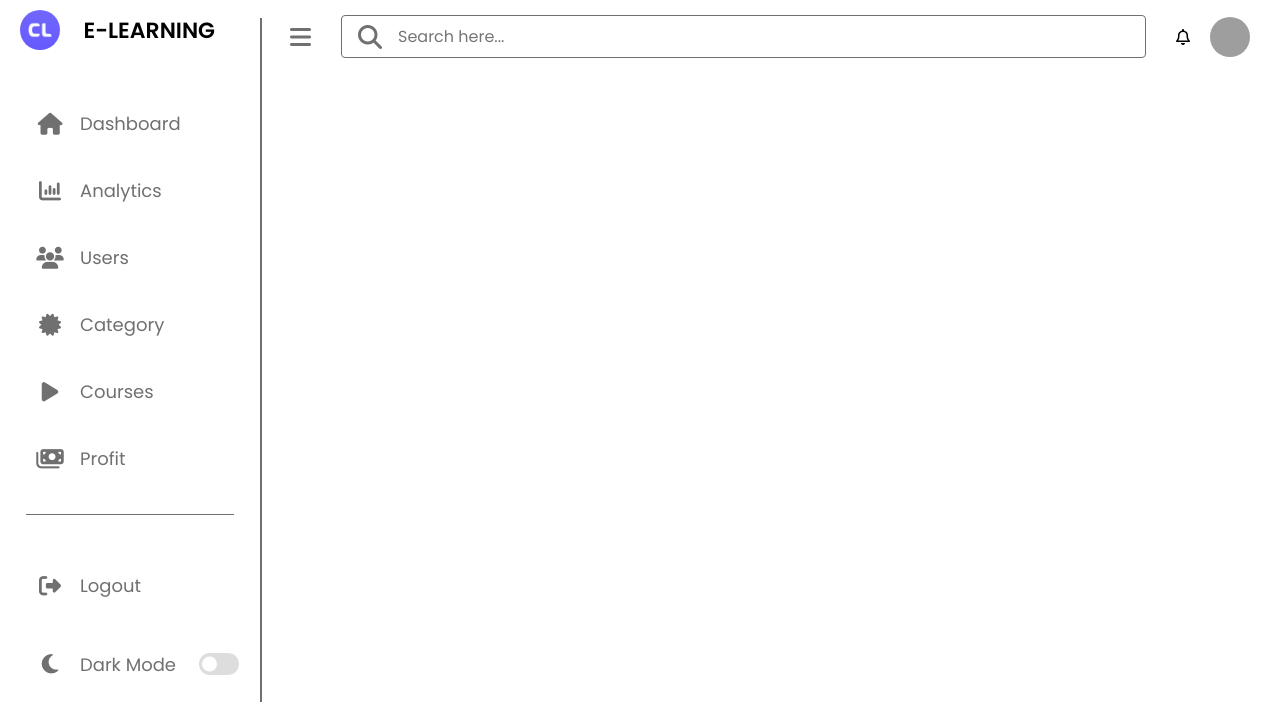
Repository: phamngocthang/practice-html-css
Page: Admin/dist/index.html
An editor plug-in stored every save of this project. The page is shown before and after the next save, followed by the edit.
The browser window is 1280 px wide. The pictures show the whole page.
Pictures or frames that could not be fetched are drawn as grey boxes. The style sheet was rebuilt from its Sass, Less or Tailwind sources for each picture, by a compiler version that may differ from the author's.

Above is the page before, as saved 2023-10-24 23:14:32.

### Admin/dist/index.html
<!DOCTYPE html>
<html lang="en">
<head>
    <meta charset="UTF-8">
    <meta name="viewport" content="width=device-width, initial-scale=1.0">
    <title>Document</title>
    <link rel="stylesheet" href="style/main.css">
    <link rel="stylesheet" href="https://cdnjs.cloudflare.com/ajax/libs/font-awesome/6.4.2/css/all.min.css" integrity="sha512-z3gLpd7yknf1YoNbCzqRKc4qyor8gaKU1qmn+CShxbuBusANI9QpRohGBreCFkKxLhei6S9CQXFEbbKuqLg0DA==" crossorigin="anonymous" referrerpolicy="no-referrer" />
</head>
<body>
    <nav>
        <div class="logo">
            <div class="logo__image">
                <img src="/Images/logo.png" alt="">
            </div>

            <span class="logo__name">
                E-LEARNING
            </span>
        </div>

        <div class="menu">
            <ul class="menu__link">
                <li class="menu__link__item"><a href="#">
                    <i class="fa-solid fa-house"></i>
                    <span>Dashboard</span>
                </a></li>
                <li class="menu__link__item"><a href="#">
                    <i class="fa-solid fa-chart-column"></i>
                    <span>Analytics</span>
                </a></li>
                <li class="menu__link__item"><a href="#">
                    <i class="fa-solid fa-users"></i>
                    <span>Users</span>
                </a></li>
                <li class="menu__link__item"><a href="#">
                    <i class="fa-solid fa-certificate"></i>
                    <span>Category</span>
                </a></li>
                <li class="menu__link__item"><a href="#">
                    <i class="fa-solid fa-play"></i>
                    <span>Courses</span>
                </a></li>
                <li class="menu__link__item"><a href="#">
                    <i class="fa-solid fa-money-bills"></i>
                    <span>Profit</span>
                </a></li>
            </ul>

            <ul class="menu__link">
                <li class="menu__link__item"><a href="#">
                    <i class="fa-solid fa-right-from-bracket"></i>
                    <span>Logout</span>
                </a></li>

                <li class="menu__link__item menu__link__item--darkmode"><a href="#">
                    <i class="fa-solid fa-moon"></i>
                    <span>Dark Mode</span>
                    <div class="menu__toggle">
                        <span class="menu__switch"></span>
                    </div>
                </a></li>
            </ul>
        </div>
    </nav>

    <section class="dashboard">
        <div class="top">
            <i class="fa-solid fa-bars top__bar"></i>
            <div class="top__search-box">
                <i class="fa-solid fa-magnifying-glass"></i>
                <input type="text" placeholder="Search here...">
            </div>
            <div class="top__image">
                <i class="fa-regular fa-bell"></i>
                <img src="/Images/avatar.jpg" alt="">
            </div>
        </div>
    </section>

    <script src="script.js">

    </script>
</body>
</html>

### Admin/dist/script.js
const body = document.querySelector("body");
const modeTogger = document.querySelector(".menu__toggle");

modeTogger.addEventListener("click", () => {
    body.classList.toggle("dark")
})

### Admin/scss/main.scss
@import url('https://fonts.googleapis.com/css2?family=Poppins:wght@200;300;400;500;600&display=swap');
@import 'variables';
* {
    margin: 0;
    padding: 0;
    box-sizing: border-box;
    font-family: 'Poppins', sans-serif;
}

body {
    --primary-color: #{$primary-color};
    --panel-color: #{$panel-color};
    --text-color: #{$text-color};
    --black-light-color: #{$black-light-color};
    --border-color: #{$border-color};
    --toggle-color: #{$toggle-color};
    --box1-color: #{$box1-color};
    --box2-color: #{$box2-color};
    --box3-color: #{$box3-color};
    --title-icon-color: #{$title-icon-color};
    min-height: 100vh;
    background-color: var(--primary-color);
}

body.dark {
    --primary-color: #3A3B3C;
    --panel-color: #242526;
    --text-color: #FFF;
    --black-light-color: #CCC;
    --border-color: #4D4C4C;
    --toggle-color: #FFF;
    --box1-color: #3A3B3C;
    --box2-color: #3A3B3C;
    --box3-color: #3A3B3C;
    --title-icon-color: #CCC;

    .menu__switch::before {
        left: 20px !important;
    }
}

nav {
    position: fixed;
    width: 260px;
    height: 100%;
    top: 0;
    left: 0;
    background-color: var(--panel-color);

    .logo {
        display: flex;
        justify-content: space-between;
        align-items: center;
        &__image {
            min-width: 45px;
            display: flex;
            align-items: center;

            img {
                width: 40px;
                border-radius: 50%;
                object-fit: cover;
            }

        }

        &__name {
            color: var(--text-color);
            font-weight: 600;
            font-size: 22px;
        }
        padding: 10px 45px 10px 20px;
    }

    .menu {
        height: 100%;
        padding: 30px 0px 30px 20px;
        position: relative;


        &::after {
            content: '';
            left: 50%;
            top: 63%;
            width: 80%;
            height: 0.5px;
            transform: translateX(-50%);
            background-color: var(--black-light-color);
            position: absolute;
        }

        &__link {
            list-style: none;
            display: flex;
            flex-direction: column;
            align-items: flex-start;


            &:nth-child(1) {
                height: 70%;
            }


            &__item {
                padding: 20px 0;

                a {
                    text-decoration: none;
                    color: var(--black-light-color);
                    font-size: 18px;
                    display: flex;
                    align-items: center;
                    position: relative;
                    transition: 0.4 ease all;

                    i {
                        min-width: 60px;
                        text-align: center;
                        font-size: 22px;
                    }

                    span {
                        font-weight: 400;
                    }

                    &:hover {
                        color: var(--primary-color);

                        &::before {
                            content: '';
                            width: 5px;
                            height: 5px;
                            border-radius: 50%;
                            background-color: var(--primary-color);
                            position: absolute;
                            transition: 0.4 ease all;
                        }
                    }
                }
            }

            &__item--darkmode {
                display: flex;
                align-items: center;


                .menu__toggle {
                    margin-left: 20px;
                    height: 50px;
                    min-width: 45px;
                    display: flex;
                    align-items: center;
                    justify-content: center;

                    .menu__switch {
                        display: inline-block;
                        border-radius: 25px;
                        position: relative;
                        height: 22px;
                        width: 40px;
                        background-color: var(--toggle-color);

                        &::before {
                            content: '';
                            width: 15px;
                            height: 15px;
                            position: absolute;
                            background-color: var(--title-icon-color);
                            border-radius: 50%;
                            left: 3px;
                            top: 50%;
                            transform: translateY(-50%);
                            transition: $tran-03;
                        }
                    }
                }
            }
        }
    }
}

.dashboard {
    background-color: var(--panel-color);
    width: calc(100% - 260px);
    left: 260px;
    min-height: 100vh;
    position: relative;
    padding: 15px 30px 40px;

    &::before {
        content: '';
        width: 2px;
        height: 95%;
        background-color: var(--black-light-color);
        left: 0;
        top: 50%;
        transform: translateY(-50%);
        position: absolute;
    }

    .top {
        height: 10%;
        display: flex;
        align-items: center;
        justify-content: space-between;

        &__bar {
            font-size: 24px;
            color: var(--black-light-color);
            cursor: pointer;
        }

        &__search-box {
            flex: 1;
            width: 100%;
            padding: 8px;
            border-radius: 4px;
            border: 0.4px solid var(--black-light-color);
            margin: 0 30px;
            display: flex;
            align-items: center;

            i {
                font-size: 24px;
                padding: 0 16px 0 8px;
                color: var(--black-light-color);
            }

            input {
                font-size: 16px;
                outline: none;
                border: none;
                height: 100%;
                width: 100%;
                background-color: transparent;
            }
        }

        &__image {
            margin: 0 20p;
            display: flex;
            align-items: center;

            i {
                margin-right: 20px;
            }

            img {
                width: 40px;
                height: 40px;
                object-fit: cover;
                border-radius: 50%;
            }
        }
    }
}

### Admin/scss/_variables.scss
/* ===== Colors ===== */
$primary-color: #0E4BF1;
$panel-color: #FFF;
$text-color: #000;
$black-light-color: #707070;
$border-color: #e6e5e5;
$toggle-color: #DDD;
$box1-color: #4DA3FF;
$box2-color: #FFE6AC;
$box3-color: #E7D1FC;
$title-icon-color: #fff;

/* ====== Transition ====== */
$tran-05: all 0.5s ease;
$tran-03: all 0.3s ease;
$tran-03: all 0.2s ease;

After the next save:
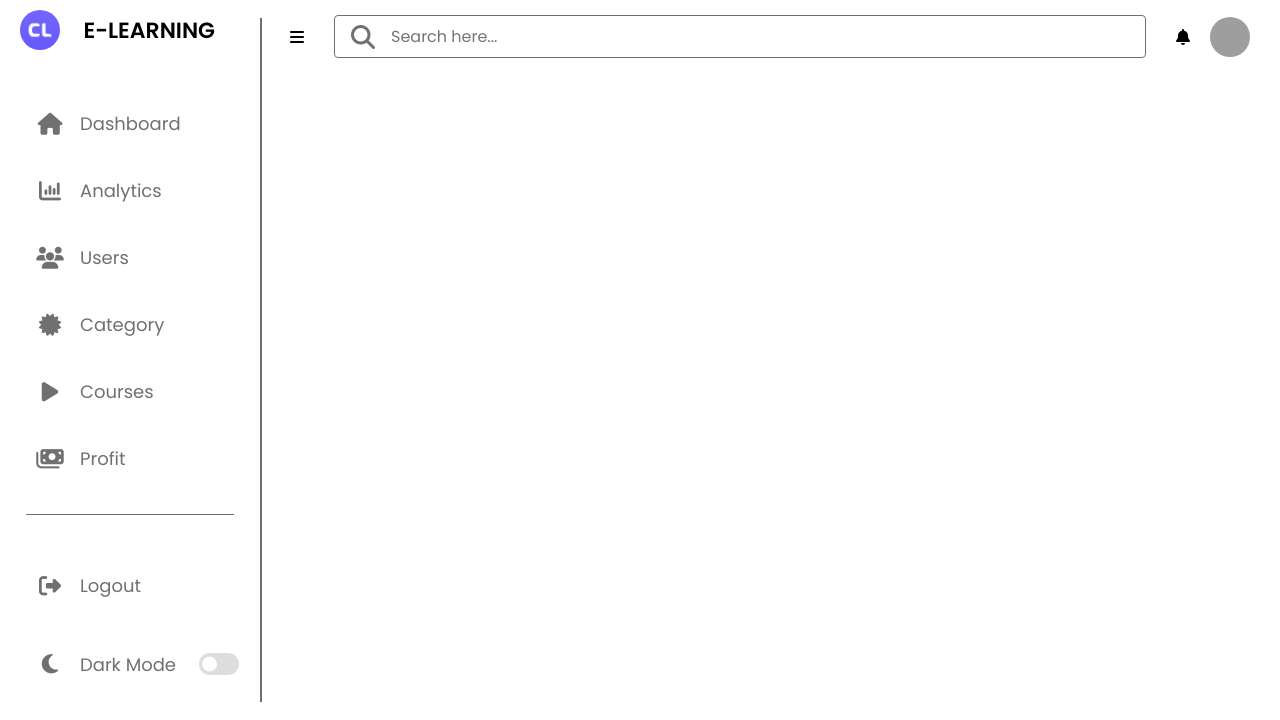
Saved 14 s later.
--- a/Admin/dist/index.html
+++ b/Admin/dist/index.html
@@ -66,13 +66,13 @@
 
     <section class="dashboard">
         <div class="top">
-            <i class="fa-solid fa-bars top__bar"></i>
+            <i class="fa-solid fa-bars"></i>
             <div class="top__search-box">
                 <i class="fa-solid fa-magnifying-glass"></i>
                 <input type="text" placeholder="Search here...">
             </div>
             <div class="top__image">
-                <i class="fa-regular fa-bell"></i>
+                <i class="fa-solid fa-bell"></i>
                 <img src="/Images/avatar.jpg" alt="">
             </div>
         </div>
